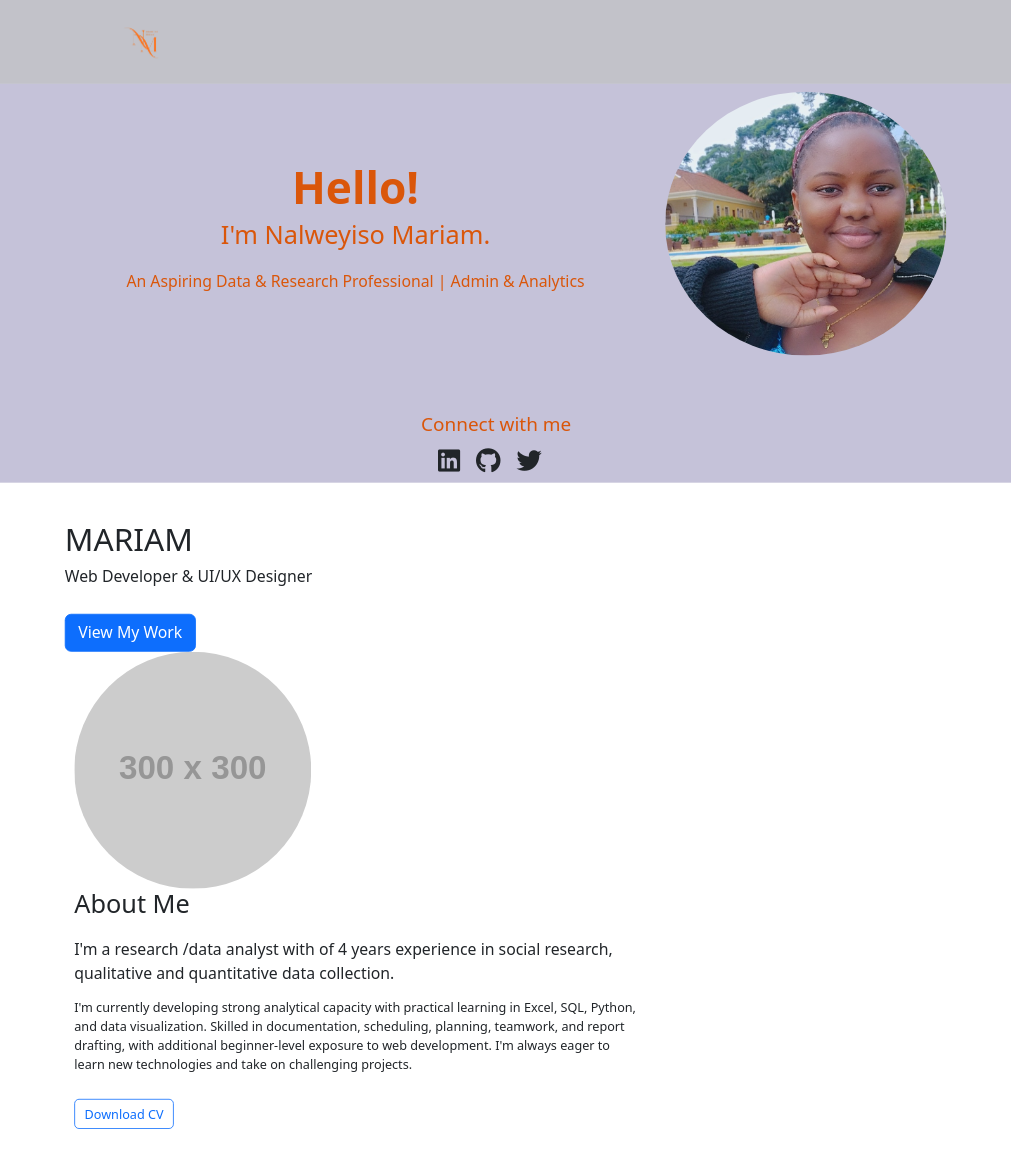
Repository: NalweMari/My-Personal-Portfolio
Page: index.html
The author's editor kept a copy of each file at every save. The page is drawn from the files as they stood at one save, then again after the next save.
The browser window is 1280 px wide. The pictures show the whole page, at 79% of full size.

Above is the page before, as saved 2025-11-28 10:59:41.
Console error (its wording comes from the project's code and is left out).

### index.html
<!DOCTYPE html>
<html lang="en">

<head>
    <meta charset="UTF-8">
    <meta name="viewport" content="width=device-width, initial-scale=1.0">
    <title>My Portfolio</title>
    <link rel="stylesheet" href="style.css">
    <!-- Bootstrap CSS -->
    <link href="https://cdn.jsdelivr.net/npm/bootstrap@5.3.0/dist/css/bootstrap.min.css" rel="stylesheet">
    <!-- Font Awesome for icons -->
    <link rel="stylesheet" href="https://cdnjs.cloudflare.com/ajax/libs/font-awesome/6.4.0/css/all.min.css">

</head>

<body>
    <!-- Navigation -->

    <nav class="navbar navbar-expand-lg navbar-light bg-custom">
        <div class="container me-2">
            <a class="navbar-brand" href="#"><img src="images/Initials_Logo-preview (1).png" alt="Your Logo"
                    height="80"></a> <button class="navbar-toggler" type="button" data- 6 toggle="collapse"
                data-target="#navbarNav" aria-controls="navbarNav" aria-expanded="false" aria-label="Toggle navigation">
                <span class="navbar-toggler-icon"></span> </button>
            <div class="collapse navbar-collapse" id="navbarNav">
                <ul class="navbar-nav ms-auto">

                </ul>
            </div>
        </div>
    </nav>

    <!-- Hero Section -->
    <!-- <section id="home" class="hero-section text-center">
        <div class="container">
            <h1 class="display-4 fw-bold">MARIAM</h1>
            <p class="lead">Web Developer & UI/UX Designer</p>
            <a href="#projects" class="btn btn-primary btn-lg mt-3">View My Work</a>
        </div>
    </section> -->
    <section id="home" class="hero-section text-center">
        <div class="container">
            <div class="row align-items-center">
                <div class="col-md-8">
                    <h1 class="display-4 fw-bold">Hello!</h1>
                    <h2 class="mb-4">I'm Nalweyiso Mariam.</h2>
                    <p class="lead">An Aspiring Data & Research Professional | Admin & Analytics</p>
                    <p></p>
                    <!-- <a href="#projects" class="btn btn-primary btn-lg mt-3">View My Work</a>
                    <a href="#" class="btn btn-outline-primary mt-3">Download CV</a> -->
                </div>
                <div class="col-md-4 text-center mb-4">
                    <img src="images/Profile design.png" alt="Profile" class="img-fluid rounded-circle large-profile">
                </div>
                <div class="row mt-5">
                    <div class="col text-center">
                        <h4>Connect with me</h4>
                        <div class="mt-3">
                            <a href="#" class="text-dark me-3"><i class="fab fa-linkedin fa-2x"></i></a>
                            <a href="#" class="text-dark me-3"><i class="fab fa-github fa-2x"></i></a>
                            <a href="#" class="text-dark me-3"><i class="fab fa-twitter fa-2x"></i></a>
                        </div>
                    </div>
                </div>
    </section>
    <!-- About Section -->

      <section id="about" class="py-5">
        <div class="container">
            <h1 class="">MARIAM</h1>
            <p class="lead">Web Developer & UI/UX Designer</p>
            <a href="#projects" class="btn btn-primary btn-lg mt-3">View My Work</a>
    <section id="about" class="">
        <div class="container">
            <div class="row align-items-center">
                <div class="display-4 fw-bold">
                    <img src="https://via.placeholder.com/300" alt="Profile" class="img-fluid rounded-circle">
                </div>
                <div class="col-md-8">
                    <h2 class="mb-4">About Me</h2>
                    <p class="lead">I'm a research /data analyst with of 4 years
                        experience in social research, qualitative and quantitative data collection.</p>
                    <p>I'm currently developing strong analytical capacity with practical learning in Excel, SQL,
                        Python,
                        and data visualization. Skilled in documentation, scheduling, planning, teamwork, and report
                        drafting, with additional beginner-level exposure to web development. I'm always eager to learn
                        new technologies and take on challenging projects.</p>
                    <a href="#" class="btn btn-outline-primary mt-3">Download CV</a>
                </div>
            </div>
        </div>
    </section>
    <script src="https://stackpath.bootstrapcdn.com/bootstrap/4.5.2/js/bootstrap.min.js"></script>
</body>

</html>

### Style.css
.bg-custom {
  background-color: rgba(3, 0, 31, 0.24);
}

.hero-section {
  background-color: rgba(13, 3, 99, 0.24);
  color:  rgb(218, 86, 10);
     /* color: white; */
  padding: 10px 0;
}
.large-profile {
    width: 400px;
    height: 400px;
    object-fit: cover;
}
/* .skill-bar {
  height: 20px;
  background-color: #e9ecef;
  border-radius: 5px;
  margin-bottom: 15px;
}
.skill-progress {
  height: 100%;
  border-radius: 5px;
  background-color: #0d6efd;
}
.project-card {
  transition: transform 0.3s;
}
.project-card:hover {
  transform: translateY(-5px);
} */

After the next save:
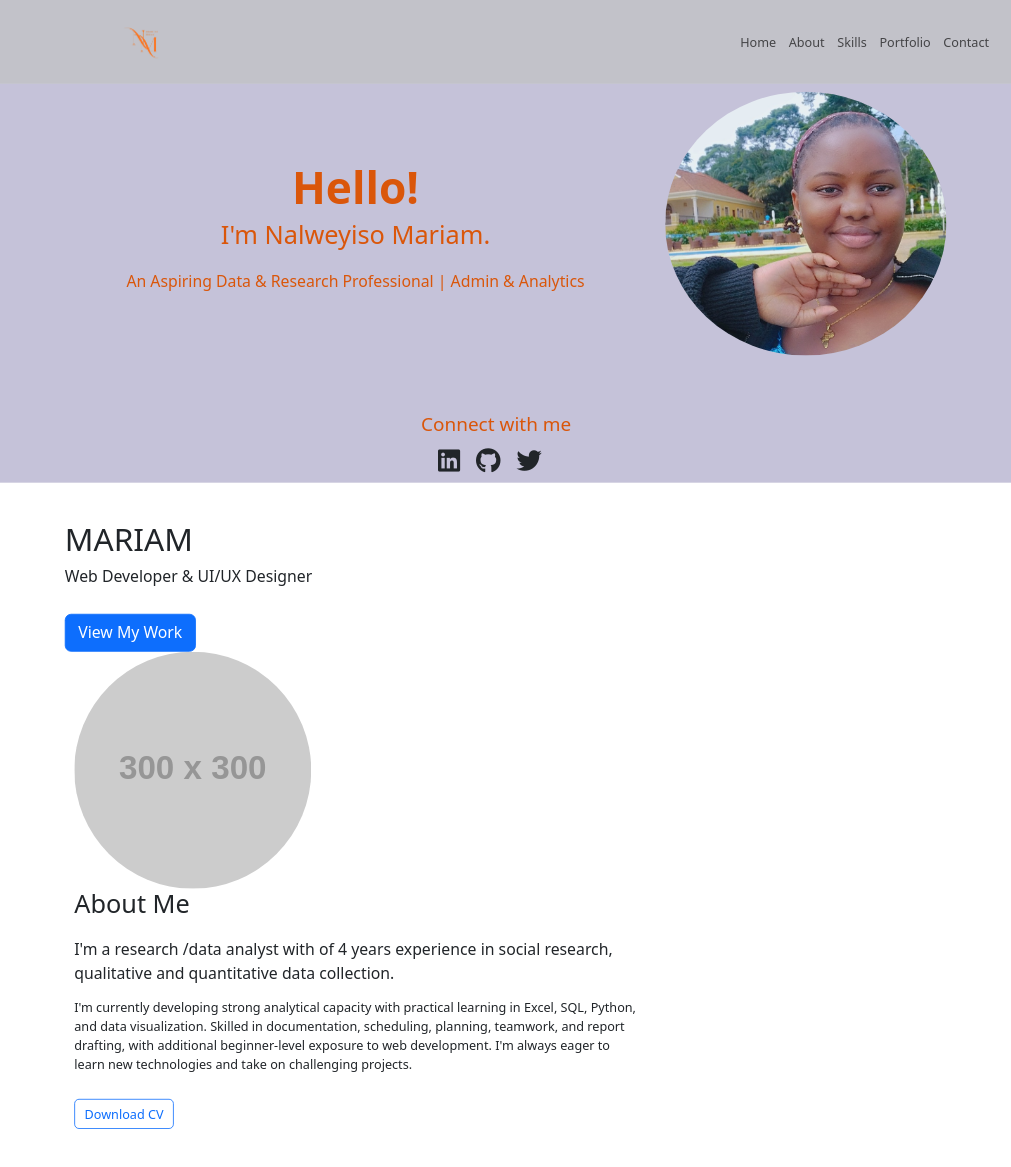
Saved 9 s later.
--- a/index.html
+++ b/index.html
@@ -24,7 +24,13 @@
                 <span class="navbar-toggler-icon"></span> </button>
             <div class="collapse navbar-collapse" id="navbarNav">
                 <ul class="navbar-nav ms-auto">
-
+                   <ul class="navbar-nav ms-auto">
+                    <li class="nav-item"><a class="nav-link" href="#home">Home</a></li>
+                    <li class="nav-item"><a class="nav-link" href="#about">About</a></li>
+                    <li class="nav-item"><a class="nav-link" href="#skills">Skills</a></li>
+                    <li class="nav-item"><a class="nav-link" href="#portfolio">Portfolio</a></li>
+                    <li class="nav-item"><a class="nav-link" href="#contact">Contact</a></li>
+                </ul>
                 </ul>
             </div>
         </div>
